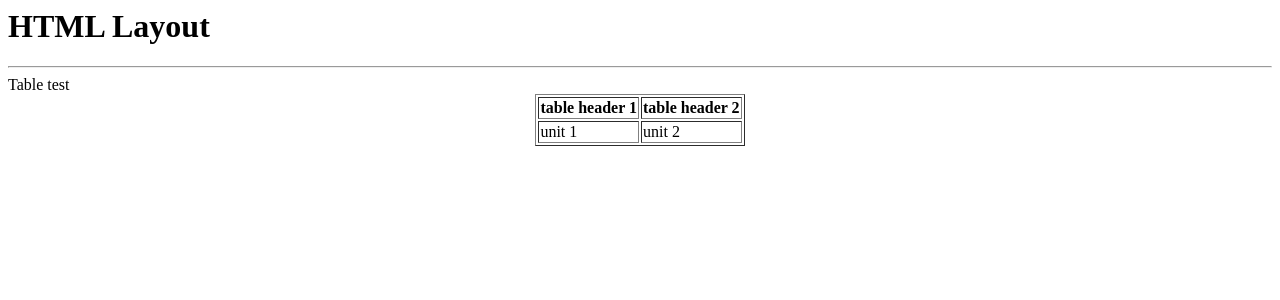
Repository: libelosophy/anjoyo
Page: workspace/QTalk/WebContent/html/table.html
An editor plug-in stored every save of this project. The page is shown before and after the next save, followed by the edit.
The browser window is 1280 px wide. The pictures show the whole page.

Above is the page before, as saved 2013-09-09 11:20:38.

After the next save:
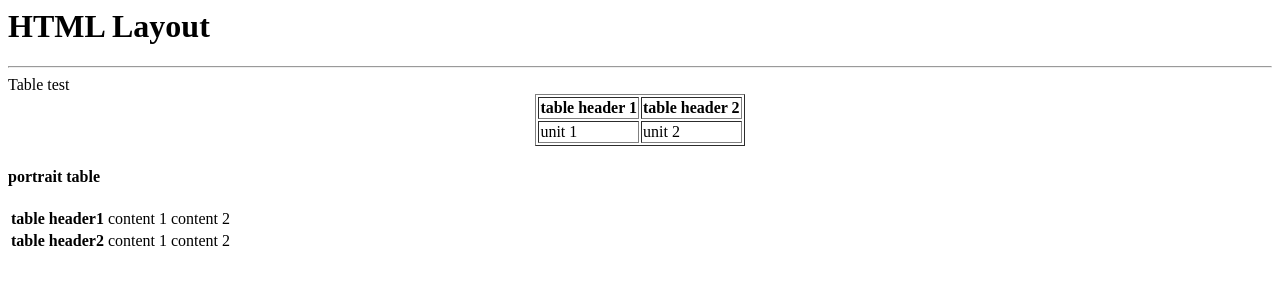
Saved 7 min 6 s later.
--- a/workspace/QTalk/WebContent/html/table.html
+++ b/workspace/QTalk/WebContent/html/table.html
@@ -21,6 +21,21 @@
 		</tr>
 	</table>
 
+	<h4> portrait table </h4>
+	<table>
+		<tr>
+			<th> table header1</th>
+			<td> content 1</td>
+			<td> content 2</td>
+		</tr>
+
+		<tr>
+			<th> table header2</th>
+			<td> content 1</td>
+			<td> content 2</td>
+		</tr>
+	</table>
+
 
 </body>
 </html>
